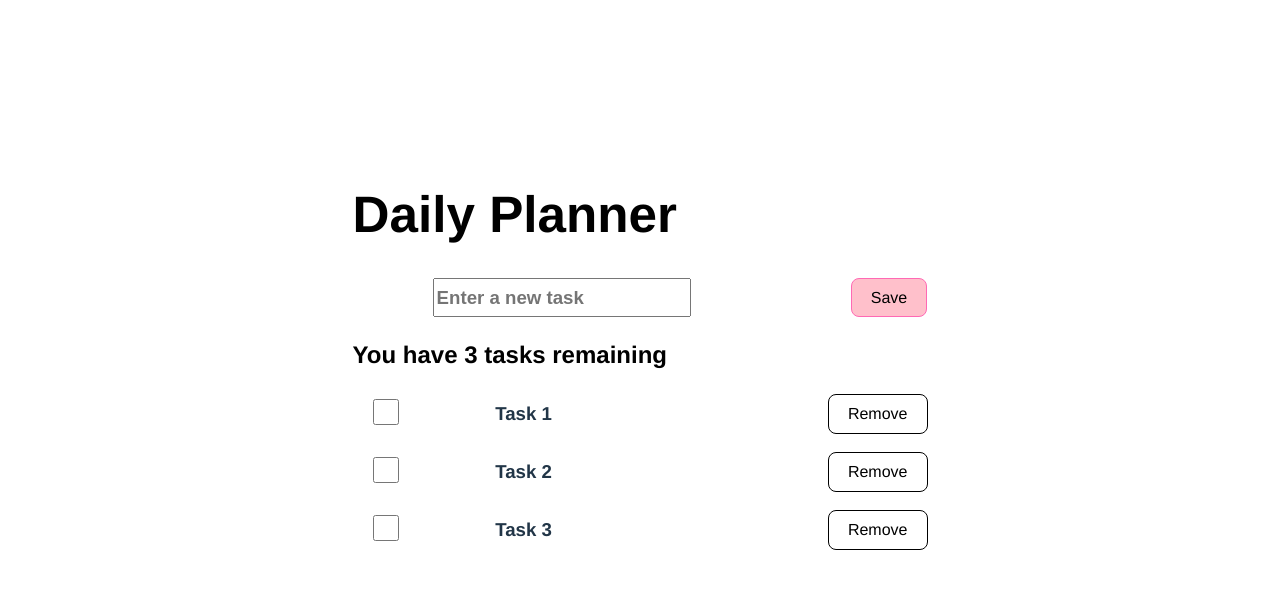
Repository: MonicaNguyenH/Frontend_Assignment6
Page: / (app in react/)
These files come from the project's save history. The page is drawn as it stood at one moment and after the next save; the edit follows.
The browser window is 1280 px wide. The pictures show the whole page.
The project was rebuilt for these pictures with package versions that can differ from the ones it lists, and the page was loaded fresh each time. Also part of the build but not shown: react/vite.config.js.

Above is the page before, as saved 2024-10-11 09:12:54.

After the next save:
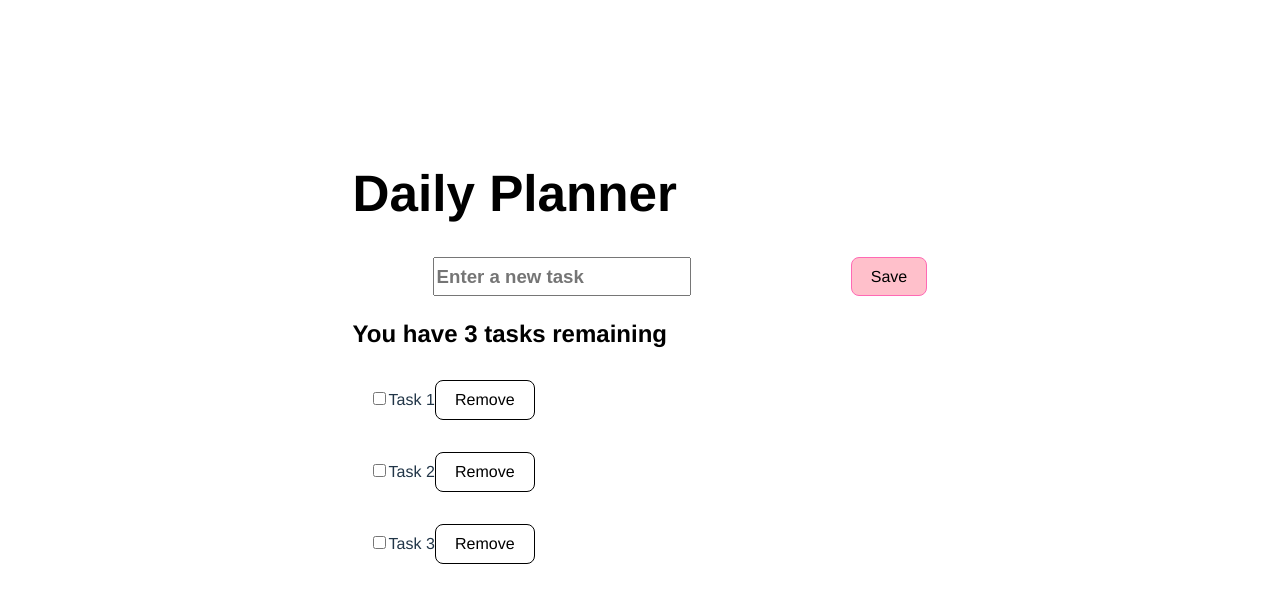
Saved 3 min 0 s later.
--- a/react/src/components/Task.jsx
+++ b/react/src/components/Task.jsx
@@ -1,67 +1,42 @@
-import { useState, useEffect, useRef } from "react";
+import { useState } from "react";
 
-export default function Task({name, toggleComplete, id, completed, removeTask}){
+export default function Task({ name }) {
+  // State for checkbox status (checked/unchecked)
+  const [isChecked, setIsChecked] = useState(false);
+  const [visible, setVisible] = useState(true);
 
-    // check box section
-    // Ref for the checkbox and task name elements
-    const checkboxRef = useRef(null);
-    const taskNameRef = useRef(null);
+  // Handle checkbox toggle
+  const toggleCheckbox = () => {
+    setIsChecked(!isChecked);
+  };
 
-    useEffect(() => {
-        const checkbox = checkboxRef.current;
-        const crossText = taskNameRef.current;
+  // Remove task when clicking the remove button
+  const removeTask = () => {
+    setVisible(false);
+  };
 
-        if (checkbox&&crossText) {
-            const handleCheckBoxChange = () => {
-                toggleComplete(id); // call toggleComplete function passed from the parent to update task completion status
-                if(checkbox.checked) {
-                    crossText.style.textDecoration = "line-through";
-                } else {
-                    crossText.style.textDecoration = "none";
-                }
-            };
+  // If the task is no longer visible, return null
+  if (!visible) {
+    return null;
+  }
 
-            checkbox.addEventListener("change", handleCheckBoxChange);
-
-            // cleanup listener
-            return () => {
-                checkbox.removeEventListener("change", handleCheckBoxChange);
-            };
-
-        }
-    }, [toggleComplete, id]);
-
-    // remove button section
-    const [visible, setVisible] = useState(true);
-
-    // const removeTask = () => {
-    //     setVisible(false);
-    // };
-
-    if (!visible) {
-        return null;
-    }
-
-    return (
-        <>
-            <div className="task">
-                <label htmlFor="checkbox">
-                    <input
-                        type="checkbox"
-                        id={`checkbox-${id}`}
-                        ref={checkboxRef}
-                        checked={completed} // current taks status based on completion
-                        onChange={() => toggleComplete(id)}
-                    />
-                </label>
-                <p id="task-name" ref={taskNameRef}>{name}</p>
-                <button
-                    className="task-delete"
-                    onClick={removeTask}>
-                        Remove
-                </button>
-            </div>
-
-        </>
-    );
+  return (
+    <>
+      <div className="task">
+        <label>
+          <input
+            type="checkbox"
+            checked={isChecked}
+            onChange={toggleCheckbox}
+          />
+        </label>
+        <p style={{ textDecoration: isChecked ? "line-through" : "none" }}>
+          {name}
+        </p>
+        <button className="task-delete" onClick={removeTask}>
+          Remove
+        </button>
+      </div>
+    </>
+  );
 }
